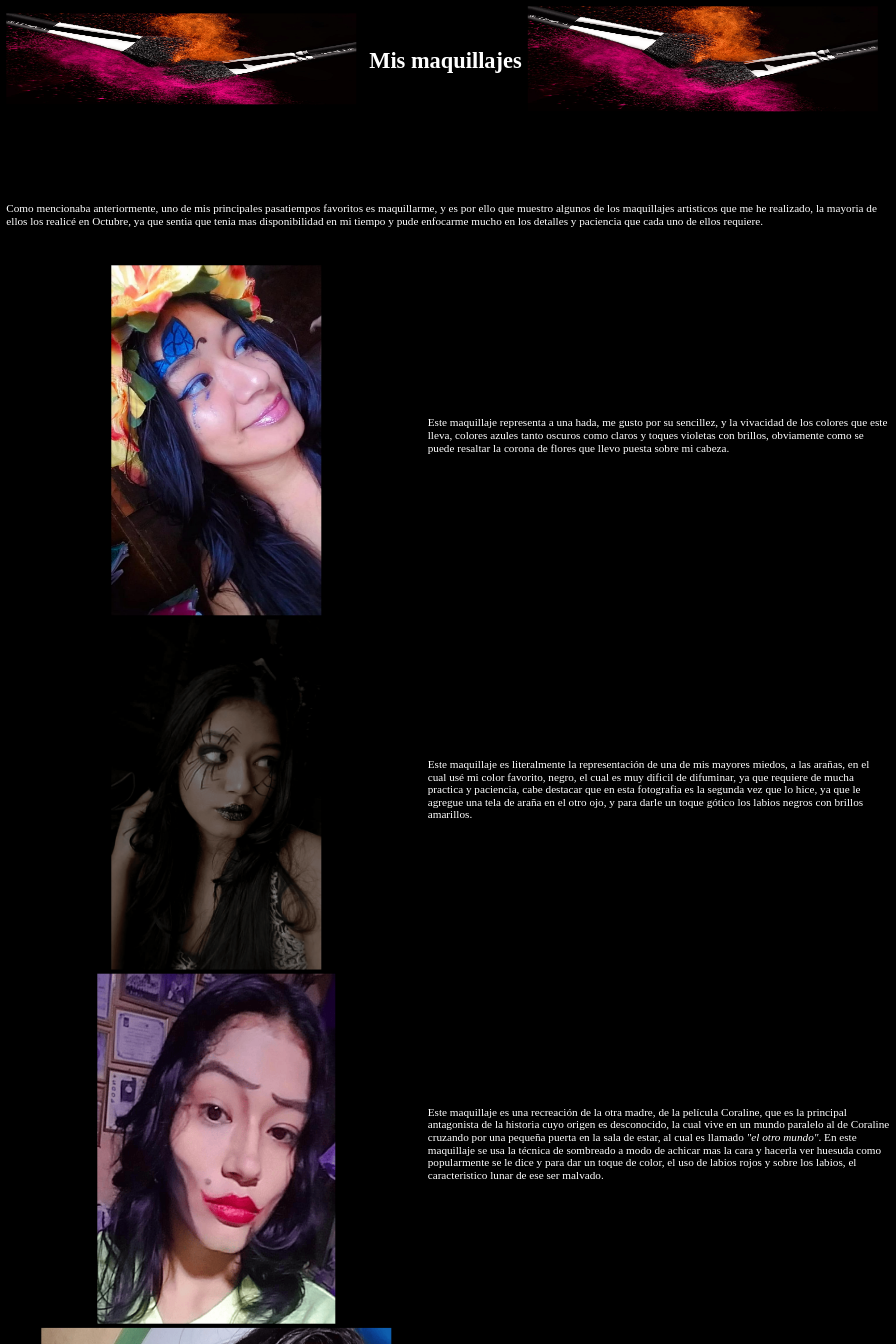
Repository: darlyn-saravia27/portafolio-darlynsaravia
Page: archivoshtml/maquillaje.html
These files come from the project's save history. The page is drawn as it stood at one moment and after the next save; the edit follows.
The browser window is 1280 px wide. The pictures show the part of the page from y = 0 to 1920 px (the page is 4946 px tall before and 4916 px after), at 70% of full size.

Above is the page before, as saved 2023-03-08 04:21:52.

After the next save:
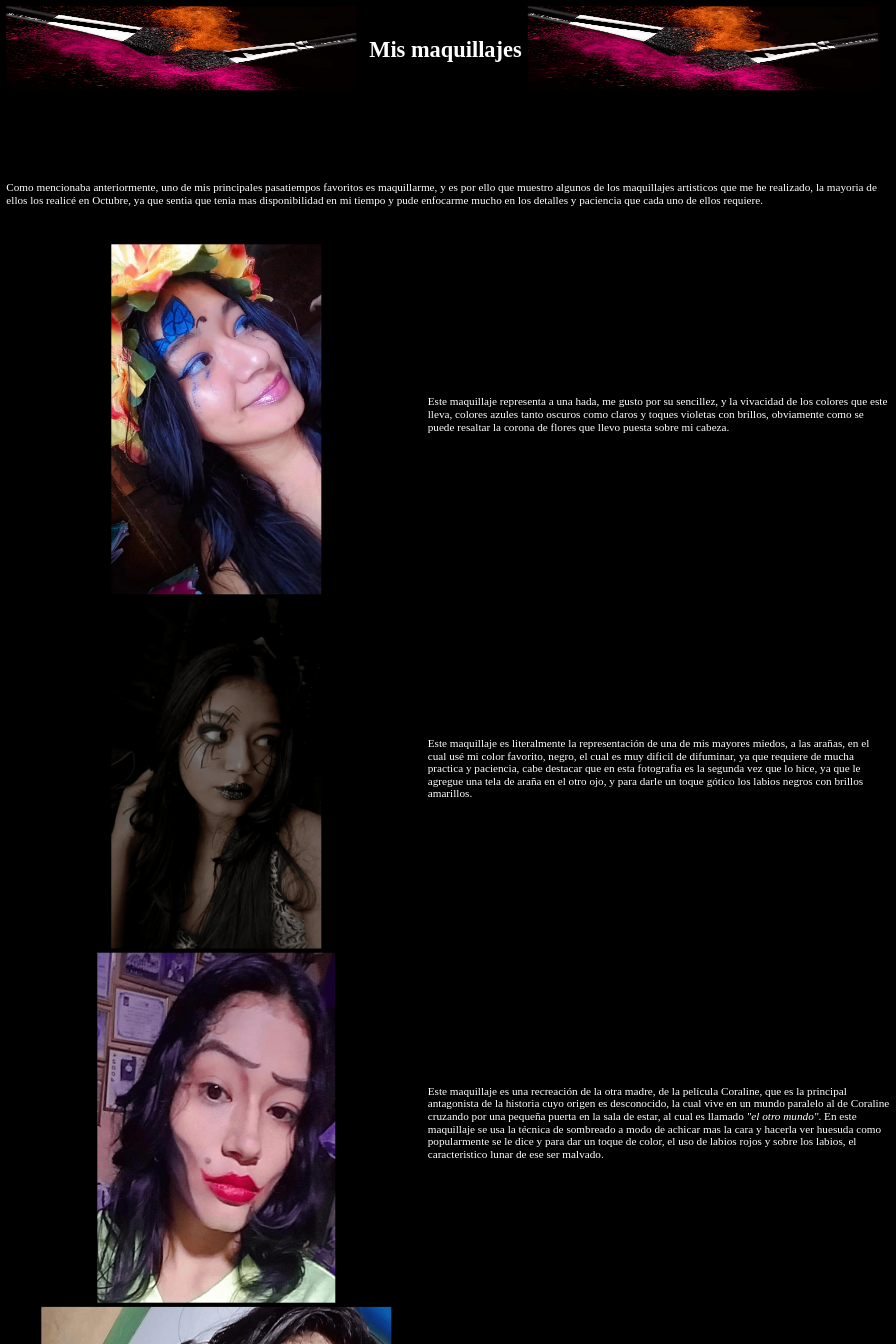
Saved 29 s later.
--- a/archivoshtml/maquillaje.html
+++ b/archivoshtml/maquillaje.html
@@ -10,14 +10,14 @@
     <table align="center" cellspacing="0" width="100%">
         <tr>
             <td>
-                <img src="Cosmetics.png" width="500px" height="130">
+                <img src="Cosmetics.png" width="500px" height="120">
             </td>
             <td>
                 <h1><font color="white">Mis maquillajes</font></h1>
             </td>
             <td>
-                <img src="Cosmetics.png" width="500px" height="150px">
-            </td
+                <img src="Cosmetics.png" width="500px" height="120px">
+            </td>
         </tr>
     </table>
     <table align="center" cellspacing="0" width="100%">
